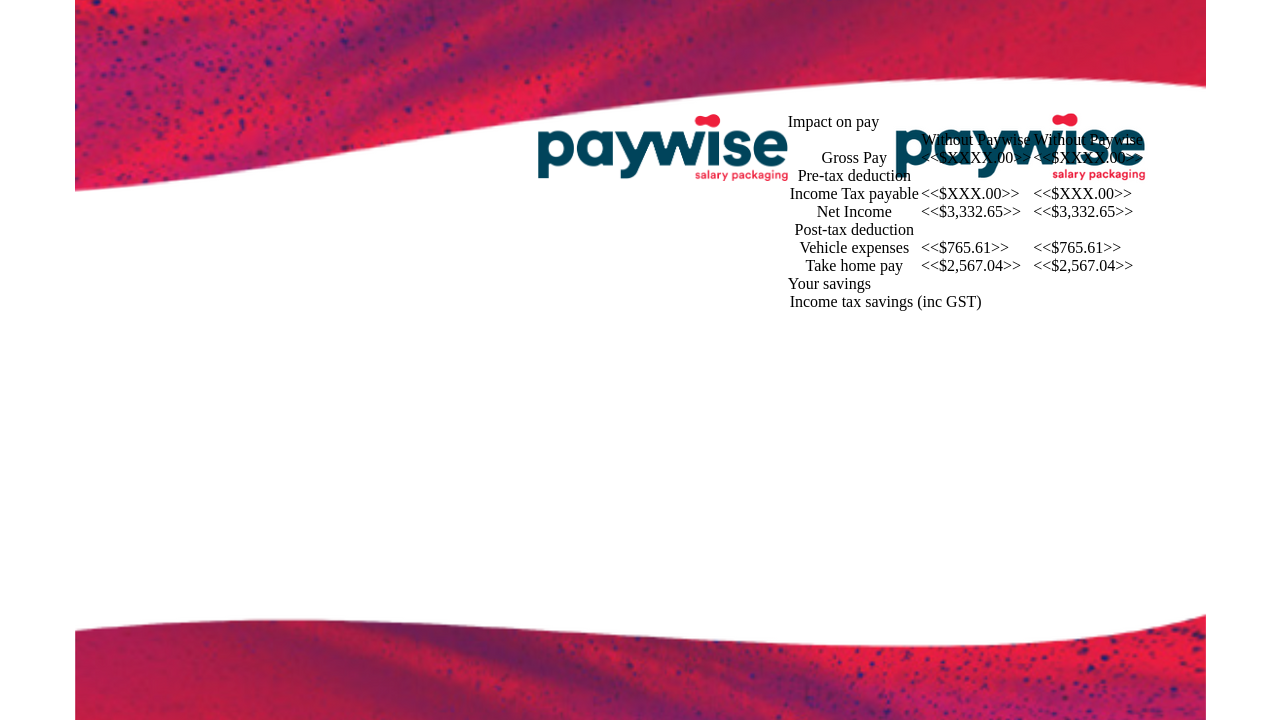
Repository: hoangtubest/novated-phong
Page: 2.html
An editor plug-in stored every save of this project. The page is shown before and after the next save, followed by the edit.
The browser window is 1280 px wide. The pictures show the whole page.
The style sheet was rebuilt from its Sass, Less or Tailwind sources for each picture, by a compiler version that may differ from the author's.

Above is the page before, as saved 2023-10-18 15:08:02.

### 2.html
<!DOCTYPE html>
<html lang="en">

<head>
  <meta charset="UTF-8">
  <meta name="viewport" content="width=device-width, initial-scale=1.0">
  <title>2</title>
  <link rel="stylesheet" href="./css/styles.css">
</head>

<body>
  <div class="wrapper">
    <div class="wrapper-inner wrapper-inner--v2">
      <div class="header">
        <div class="header-logo">
          <h1><img src="./images/logo.png" alt="paywise salary packaging"></h1>
        </div>
        <div class="pw-2-info">
          <div class="pw-2-info__row">
            <div class="pw-2-info__col">
              <h2 class="pw-2-info__title">Impact on pay</h2>
              <div class="pw-2-info__content">
                <table class="table-01">
                  <thead>
                    <tr>
                      <th>&nbsp;</th>
                      <th>Without Paywise</th>
                      <th>Without Paywise</th>
                    </tr>
                  </thead>
                  <tbody>
                    <tr>
                      <th>Gross Pay</th>
                      <td>
                        <<$XXXX.00>>
                      </td>
                      <td>
                        <<$XXXX.00>>
                      </td>
                    </tr>
                    <tr>
                      <th>Pre-tax deduction</th>
                      <td>&nbsp;</td>
                      <td>&nbsp;</td>
                    </tr>
                    <tr>
                      <th>Income Tax payable</th>
                      <td>
                        <<$XXX.00>>
                      </td>
                      <td>
                        <<$XXX.00>>
                      </td>
                    </tr>
                    <tr>
                      <th>Net Income</th>
                      <td>
                        <<$3,332.65>>
                      </td>
                      <td>
                        <<$3,332.65>>
                      </td>
                    </tr>
                    <tr>
                      <th>Post-tax deduction</th>
                      <td>&nbsp;</td>
                      <td>&nbsp;</td>
                    </tr>
                    <tr>
                      <th>Vehicle expenses</th>
                      <td>
                        <<$765.61>>
                      </td>
                      <td>
                        <<$765.61>>
                      </td>
                    </tr>
                    <tr>
                      <th>Take home pay</th>
                      <td>
                        <<$2,567.04>>
                      </td>
                      <td>
                        <<$2,567.04>>
                      </td>
                    </tr>
                  </tbody>
                </table>
              </div>
            </div>
            <div class="pw-2-info__col">
              <h2 class="pw-2-info__title">Your savings</h2>
              <div class="pw-2-info__content">
                <table class="table-01">
                  <tbody>
                    <tr>
                      <th>Income tax savings <em>(inc GST)</em></th>
                      <td></td>
                    </tr>
                    <tr>
                      <th></th>
                      <td></td>
                    </tr>
                    <tr>
                      <th></th>
                      <td></td>
                    </tr>
                  </tbody>
                </table>
              </div>
            </div>
          </div>
        </div>
      </div>
    </div>
  </div>
</body>

</html>

### css/styles.scss
*,
*:before,
*:after {
  box-sizing: border-box;
}

* {
  margin: 0;
  padding: 0;
  font: inherit;
}

img,
picture,
svg,
video {
  display: block;
  max-width: 100%;
}

input,
select,
textarea {
  background-color: transparent;
  outline: none;
}

button {
  cursor: pointer;
  background-color: transparent;
  outline: none;
  border: 0;
}

body {
  min-height: 100vh;
  font-weight: 400;
  font-size: 16px;
  line-height: 1;
}

img {
  vertical-align: bottom;
  max-width: 100%;
  height: auto;
}

.wrapper-inner {
  max-width: 1131px;
  margin: 0 auto;
  position: relative;
  min-height: 100vh;

  &::before,
  &::after {
    position: absolute;
    left: 0;
    width: 100%;
    content: "";
    z-index: -1;
    background-size: cover;
  }

  &::before {
    top: 0;
    height: 192px;
    background-position: bottom center;
  }

  &::after {
    bottom: 0;
    height: 136px;
    background-position: top center;
  }

  &--v1 {
    &::before {
      background-image: url("../images/pattern_01_v1.png");
    }

    &::after {
      background-image: url("../images/pattern_02_v1.png");
    }
  }

  &--v2 {
    &::before {
      background-image: url("../images/pattern_01_v2.png");
    }

    &::after {
      background-image: url("../images/pattern_02_v2.png");
    }

    .header {
      display: flex;
      justify-content: flex-end;
    }
  }
}

.header {
  padding: 114px 60px 0;
}

.header-logo {
  width: 250px;
}

.pw-1-feature {
  padding: 60px 30px 25px;

  &__row {
    display: flex;
    gap: 13px;
  }

  &__col {
    width: 25%;
    height: 135px;
    background: url("../images/red-blob.png") no-repeat center center / 100% 100%;
    display: flex;
    align-items: center;

    &:nth-child(2n+1) {
      background-image: url("../images/inverse-blob.png");
    }
  }

  &__content {
    width: 100%;
    color: #fff;
    text-align: right;
    padding-right: 12px;
    ;
  }
}

After the next save:
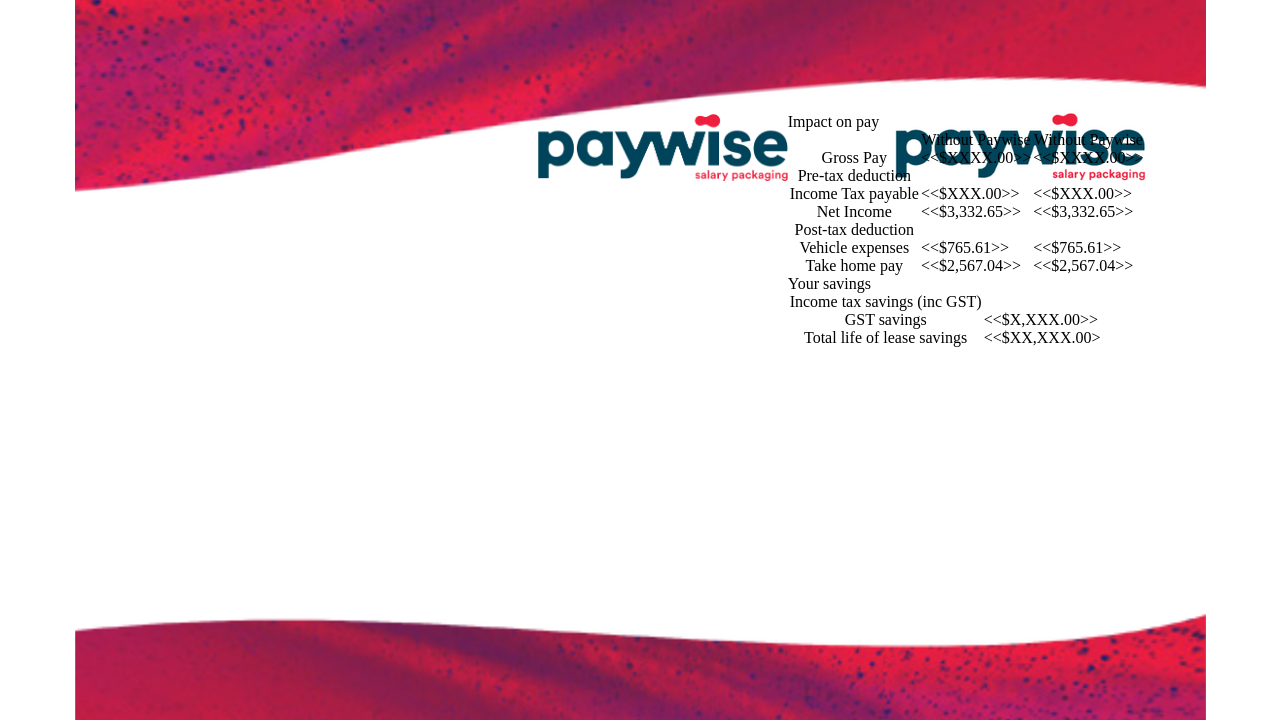
Saved 29 s later.
--- a/2.html
+++ b/2.html
@@ -98,12 +98,16 @@
                       <td></td>
                     </tr>
                     <tr>
-                      <th></th>
-                      <td></td>
+                      <th>GST savings</th>
+                      <td>
+                        <<$X,XXX.00>>
+                      </td>
                     </tr>
                     <tr>
-                      <th></th>
-                      <td></td>
+                      <th>Total life of lease savings</th>
+                      <td>
+                        <<$XX,XXX.00>
+                      </td>
                     </tr>
                   </tbody>
                 </table>
